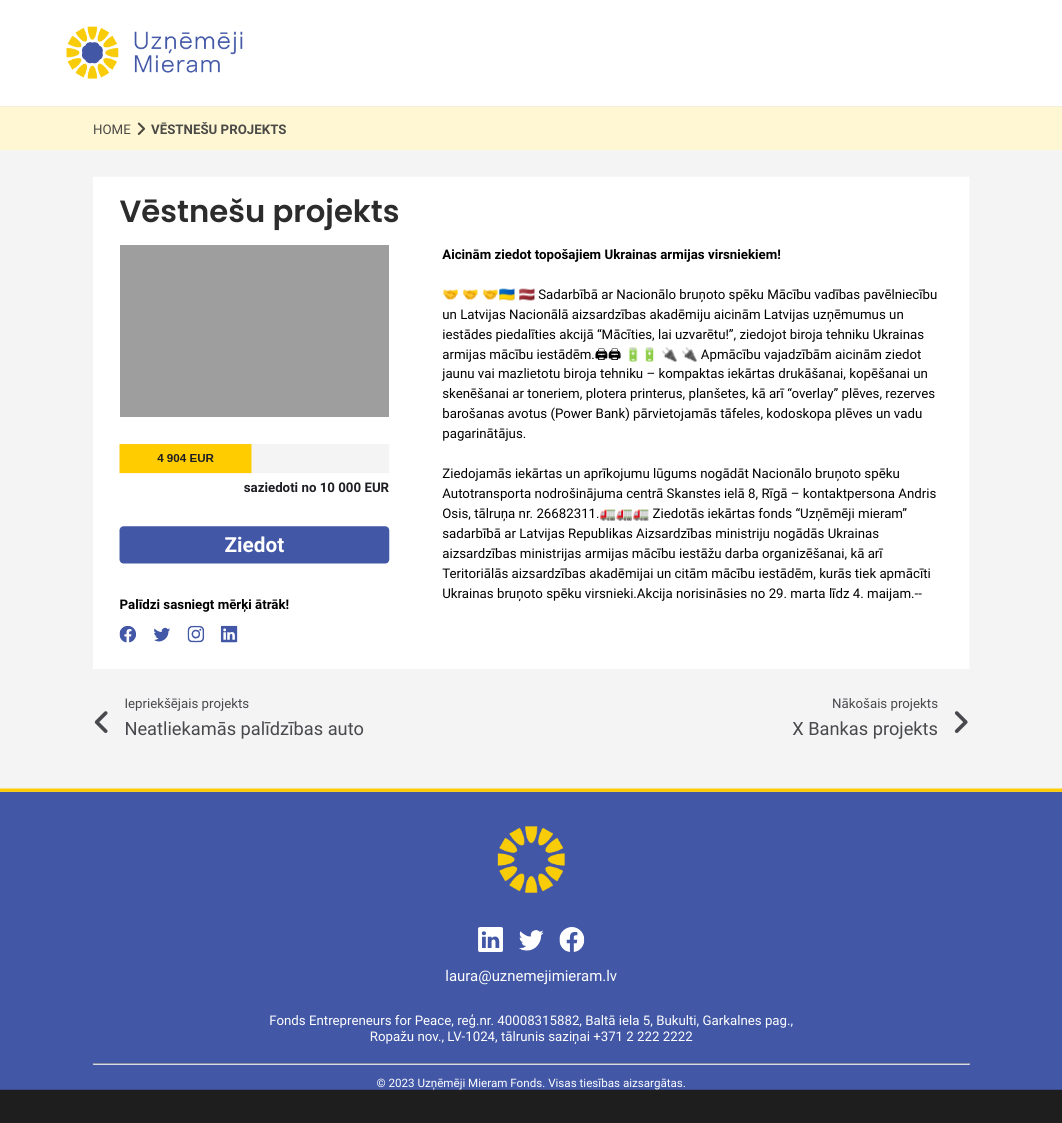
Repository: KatrinaPa/projekts11
Page: projekts-ambassadors.html
The author's editor kept a copy of each file at every save. The page is drawn from the files as they stood at one save, then again after the next save.
The browser window is 1280 px wide. The pictures show the whole page, at 83% of full size.
Pictures or frames that could not be fetched are drawn as grey boxes.

Above is the page before, as saved 2023-05-30 20:55:57.
Console error: TypeError: Cannot read properties of null (reading 'children')

### projekts-ambassadors.html
<!DOCTYPE html>
<html lang="en">

<head>
    <meta charset="UTF-8">
    <meta http-equiv="X-UA-Compatible" content="IE=edge">
    <meta name="viewport" content="width=device-width, initial-scale=1.0">
    <title>Vēstnešu projekts</title>
    <link rel="preconnect" href="https://fonts.googleapis.com">
    <link rel="preconnect" href="https://fonts.gstatic.com" crossorigin>
    <link href="https://fonts.googleapis.com/css2?family=Poppins:wght@300;400;500;600;700&display=swap"
        rel="stylesheet">
    <link rel="preconnect" href="https://fonts.googleapis.com">
    <link rel="preconnect" href="https://fonts.gstatic.com" crossorigin>
    <link href="https://fonts.googleapis.com/css2?family=Poppins:wght@300;400;500;600&display=swap" rel="stylesheet">
    <link rel="stylesheet" href="./assets/main.css" />
    <link rel="stylesheet" href="./assets/projekti.css" />
    <link rel="stylesheet" href="https://cdnjs.cloudflare.com/ajax/libs/font-awesome/6.2.0/css/all.min.css" />
    <script src="assets/main.js" defer></script>
</head>

<body>
    <div class="panel">
        <header class="header">
            <nav class="navbar">
                <a href="sakums.html" id="project-nav-home"><img src="assets/images/UM_logo.png" alt="uznemejiMieram"
                        id="logo"></a>
                <div class="navigation">
                    <ul class="nav-menu">
                        <li class="nav-item"><a href="sakums.html" class="nav-link">Sākums</a></li>
                        <li class="nav-item"><a href="donate_projects.html" class="nav-link">Ziedot</a></li>
                    </ul>
                    <div class="hamburger">
                        <span class="bar"></span>
                        <span class="bar"></span>
                        <span class="bar"></span>
                    </div>
                </div>
            </nav>
        </header>
        <main>
            <section id="wrapper_project" class="section_project">
                <div class="project-nav">
                    <a href="sakums.html" id="project-nav-home">HOME</a>
                    <button class="project-nav-next">
                        <i id="right" class="fa-solid fa-angle-right"></i>
                    </button>
                    <p>VĒSTNEŠU PROJEKTS</p>
                </div>
                <div class="carousel_project">
                    <h1>Vēstnešu projekts</h1>
                    <div class="wrapper_donate_project">
                        <div class="donate_project-left">
                            <img src="assets/images/img_20.jpg" alt="">
                            <div class="thMeter_raised">
                                <div class="thMeter-wrapper">
                                    <button id="thMeter-proj-ambassadors">4 904 EUR</button>
                                    <p>saziedoti no 10 000 EUR</p>
                                </div>
                            </div>

                            <div class="btn_ziedot-project">
                                <a href="donate_Ukr-private-onetime.html" class="ziedot-proj"
                                    id="ziedot-proj-ambassadors">Ziedot</a>
                            </div>
                            <div class="share">
                                <p>Palīdzi sasniegt mērķi ātrāk!</p>
                                <div>
                                    <svg xmlns="http://www.w3.org/2000/svg" width="20" height="20" fill="#4257A6"
                                        class="bi bi-facebook" viewBox="0 0 16 16">
                                        <path
                                            d="M16 8.049c0-4.446-3.582-8.05-8-8.05C3.58 0-.002 3.603-.002 8.05c0 4.017 2.926 7.347 6.75 7.951v-5.625h-2.03V8.05H6.75V6.275c0-2.017 1.195-3.131 3.022-3.131.876 0 1.791.157 1.791.157v1.98h-1.009c-.993 0-1.303.621-1.303 1.258v1.51h2.218l-.354 2.326H9.25V16c3.824-.604 6.75-3.934 6.75-7.951z" />
                                    </svg>
                                    <svg xmlns="http://www.w3.org/2000/svg" width="20" height="20" fill="#4257A6"
                                        class="bi bi-twitter" viewBox="0 0 16 16">
                                        <path
                                            d="M5.026 15c6.038 0 9.341-5.003 9.341-9.334 0-.14 0-.282-.006-.422A6.685 6.685 0 0 0 16 3.542a6.658 6.658 0 0 1-1.889.518 3.301 3.301 0 0 0 1.447-1.817 6.533 6.533 0 0 1-2.087.793A3.286 3.286 0 0 0 7.875 6.03a9.325 9.325 0 0 1-6.767-3.429 3.289 3.289 0 0 0 1.018 4.382A3.323 3.323 0 0 1 .64 6.575v.045a3.288 3.288 0 0 0 2.632 3.218 3.203 3.203 0 0 1-.865.115 3.23 3.23 0 0 1-.614-.057 3.283 3.283 0 0 0 3.067 2.277A6.588 6.588 0 0 1 .78 13.58a6.32 6.32 0 0 1-.78-.045A9.344 9.344 0 0 0 5.026 15z" />
                                    </svg>
                                    <svg xmlns="http://www.w3.org/2000/svg" width="20" height="20" fill="#4257A6"
                                        class="bi bi-instagram" viewBox="0 0 16 16">
                                        <path
                                            d="M8 0C5.829 0 5.556.01 4.703.048 3.85.088 3.269.222 2.76.42a3.917 3.917 0 0 0-1.417.923A3.927 3.927 0 0 0 .42 2.76C.222 3.268.087 3.85.048 4.7.01 5.555 0 5.827 0 8.001c0 2.172.01 2.444.048 3.297.04.852.174 1.433.372 1.942.205.526.478.972.923 1.417.444.445.89.719 1.416.923.51.198 1.09.333 1.942.372C5.555 15.99 5.827 16 8 16s2.444-.01 3.298-.048c.851-.04 1.434-.174 1.943-.372a3.916 3.916 0 0 0 1.416-.923c.445-.445.718-.891.923-1.417.197-.509.332-1.09.372-1.942C15.99 10.445 16 10.173 16 8s-.01-2.445-.048-3.299c-.04-.851-.175-1.433-.372-1.941a3.926 3.926 0 0 0-.923-1.417A3.911 3.911 0 0 0 13.24.42c-.51-.198-1.092-.333-1.943-.372C10.443.01 10.172 0 7.998 0h.003zm-.717 1.442h.718c2.136 0 2.389.007 3.232.046.78.035 1.204.166 1.486.275.373.145.64.319.92.599.28.28.453.546.598.92.11.281.24.705.275 1.485.039.843.047 1.096.047 3.231s-.008 2.389-.047 3.232c-.035.78-.166 1.203-.275 1.485a2.47 2.47 0 0 1-.599.919c-.28.28-.546.453-.92.598-.28.11-.704.24-1.485.276-.843.038-1.096.047-3.232.047s-2.39-.009-3.233-.047c-.78-.036-1.203-.166-1.485-.276a2.478 2.478 0 0 1-.92-.598 2.48 2.48 0 0 1-.6-.92c-.109-.281-.24-.705-.275-1.485-.038-.843-.046-1.096-.046-3.233 0-2.136.008-2.388.046-3.231.036-.78.166-1.204.276-1.486.145-.373.319-.64.599-.92.28-.28.546-.453.92-.598.282-.11.705-.24 1.485-.276.738-.034 1.024-.044 2.515-.045v.002zm4.988 1.328a.96.96 0 1 0 0 1.92.96.96 0 0 0 0-1.92zm-4.27 1.122a4.109 4.109 0 1 0 0 8.217 4.109 4.109 0 0 0 0-8.217zm0 1.441a2.667 2.667 0 1 1 0 5.334 2.667 2.667 0 0 1 0-5.334z" />
                                    </svg>
                                    <svg xmlns="http://www.w3.org/2000/svg" width="20" height="20" fill="#4257A6"
                                        class="bi bi-linkedin" viewBox="0 0 16 16">
                                        <path
                                            d="M0 1.146C0 .513.526 0 1.175 0h13.65C15.474 0 16 .513 16 1.146v13.708c0 .633-.526 1.146-1.175 1.146H1.175C.526 16 0 15.487 0 14.854V1.146zm4.943 12.248V6.169H2.542v7.225h2.401zm-1.2-8.212c.837 0 1.358-.554 1.358-1.248-.015-.709-.52-1.248-1.342-1.248-.822 0-1.359.54-1.359 1.248 0 .694.521 1.248 1.327 1.248h.016zm4.908 8.212V9.359c0-.216.016-.432.08-.586.173-.431.568-.878 1.232-.878.869 0 1.216.662 1.216 1.634v3.865h2.401V9.25c0-2.22-1.184-3.252-2.764-3.252-1.274 0-1.845.7-2.165 1.193v.025h-.016a5.54 5.54 0 0 1 .016-.025V6.169h-2.4c.03.678 0 7.225 0 7.225h2.4z" />
                                    </svg>
                                </div>
                            </div>
                        </div>
                        <div class="donate_project-right">
                            <button class="wrapper_btn-up top">
                                <i id="up" class="fa-solid fa-angle-up"></i>
                            </button>
                            <p><strong>Aicinām ziedot topošajiem Ukrainas armijas virsniekiem!</strong>
                                <br><br>
                                🤝 🤝 🤝🇺🇦 🇱🇻 Sadarbībā ar Nacionālo bruņoto spēku Mācību vadības
                                pavēlniecību un Latvijas Nacionālā aizsardzības akadēmiju aicinām
                                Latvijas
                                uzņēmumus un iestādes piedalīties akcijā “Mācīties, lai uzvarētu!”,
                                ziedojot
                                biroja tehniku Ukrainas armijas mācību iestādēm.🖨🖨 🔋🔋 🔌 🔌 Apmācību
                                vajadzībām aicinām ziedot jaunu vai mazlietotu biroja tehniku –
                                kompaktas
                                iekārtas drukāšanai, kopēšanai un skenēšanai ar toneriem, plotera
                                printerus,
                                planšetes, kā arī “overlay” plēves, rezerves barošanas avotus (Power
                                Bank)
                                pārvietojamās tāfeles, kodoskopa plēves un vadu pagarinātājus. <br><br>

                                Ziedojamās iekārtas un aprīkojumu lūgums nogādāt Nacionālo bruņoto spēku
                                Autotransporta nodrošinājuma centrā Skanstes ielā 8, Rīgā –
                                kontaktpersona
                                Andris Osis, tālruņa nr. 26682311.🚛🚛🚛 Ziedotās iekārtas fonds
                                “Uzņēmēji
                                mieram” sadarbībā ar Latvijas Republikas Aizsardzības ministriju nogādās
                                Ukrainas aizsardzības ministrijas armijas mācību iestāžu darba
                                organizēšanai, kā arī Teritoriālās aizsardzības akadēmijai un citām
                                mācību
                                iestādēm, kurās tiek apmācīti Ukrainas bruņoto spēku virsnieki.Akcija
                                norisināsies no 29. marta līdz 4. maijam.--
                            </p>
                            <button class="wrapper_btn-up bottom">
                                <i id="up" class="fa-solid fa-angle-up"></i>
                            </button>
                        </div>
                    </div>
                </div>
                <div class="to-project">
                    <div class="previous">
                        <button class="carousel_proj_btn carousel_proj_btn-left">
                            <i id="left" class="fa-solid fa-angle-left"></i>
                        </button>
                        <div>
                            <p>Iepriekšējais projekts</p>
                            <a href="projekts-ambulances.html" id="project-nav-ambulances">Neatliekamās palīdzības
                                auto</a>
                        </div>
                    </div>
                    <div class="next">
                        <div>
                            <p>Nākošais projekts</p>
                            <a href="projekts-xbank.html" id="project-nav-xbanka">X Bankas projekts</a>
                        </div>
                        <button class="carousel_proj_btn carousel_proj_btn-right">
                            <i id="right" class="fa-solid fa-angle-right"></i>
                        </button>
                    </div>
                </div>
                <div class="yellow-bottom"></div>
            </section>
        </main>
    </div>
    <footer>
        <div class="about">
            <img src="assets/images/UM_simbols.png" alt="uznemejiMieram">
            <div class="social">
                <svg xmlns="http://www.w3.org/2000/svg" width="30" height="30" fill="#ffffff" class="bi bi-linkedin"
                    viewBox="0 0 16 16">
                    <path
                        d="M0 1.146C0 .513.526 0 1.175 0h13.65C15.474 0 16 .513 16 1.146v13.708c0 .633-.526 1.146-1.175 1.146H1.175C.526 16 0 15.487 0 14.854V1.146zm4.943 12.248V6.169H2.542v7.225h2.401zm-1.2-8.212c.837 0 1.358-.554 1.358-1.248-.015-.709-.52-1.248-1.342-1.248-.822 0-1.359.54-1.359 1.248 0 .694.521 1.248 1.327 1.248h.016zm4.908 8.212V9.359c0-.216.016-.432.08-.586.173-.431.568-.878 1.232-.878.869 0 1.216.662 1.216 1.634v3.865h2.401V9.25c0-2.22-1.184-3.252-2.764-3.252-1.274 0-1.845.7-2.165 1.193v.025h-.016a5.54 5.54 0 0 1 .016-.025V6.169h-2.4c.03.678 0 7.225 0 7.225h2.4z" />
                </svg>
                <svg xmlns="http://www.w3.org/2000/svg" width="30" height="30" fill="#ffffff" class="bi bi-twitter"
                    viewBox="0 0 16 16">
                    <path
                        d="M5.026 15c6.038 0 9.341-5.003 9.341-9.334 0-.14 0-.282-.006-.422A6.685 6.685 0 0 0 16 3.542a6.658 6.658 0 0 1-1.889.518 3.301 3.301 0 0 0 1.447-1.817 6.533 6.533 0 0 1-2.087.793A3.286 3.286 0 0 0 7.875 6.03a9.325 9.325 0 0 1-6.767-3.429 3.289 3.289 0 0 0 1.018 4.382A3.323 3.323 0 0 1 .64 6.575v.045a3.288 3.288 0 0 0 2.632 3.218 3.203 3.203 0 0 1-.865.115 3.23 3.23 0 0 1-.614-.057 3.283 3.283 0 0 0 3.067 2.277A6.588 6.588 0 0 1 .78 13.58a6.32 6.32 0 0 1-.78-.045A9.344 9.344 0 0 0 5.026 15z" />
                </svg>
                <svg xmlns="http://www.w3.org/2000/svg" width="30" height="30" fill="#ffffff" class="bi bi-facebook"
                    viewBox="0 0 16 16">
                    <path
                        d="M16 8.049c0-4.446-3.582-8.05-8-8.05C3.58 0-.002 3.603-.002 8.05c0 4.017 2.926 7.347 6.75 7.951v-5.625h-2.03V8.05H6.75V6.275c0-2.017 1.195-3.131 3.022-3.131.876 0 1.791.157 1.791.157v1.98h-1.009c-.993 0-1.303.621-1.303 1.258v1.51h2.218l-.354 2.326H9.25V16c3.824-.604 6.75-3.934 6.75-7.951z" />
                </svg>
            </div>
            <div class="contacts">
                <p>laura@uznemejimieram.lv</p>
                <p>Fonds Entrepreneurs for Peace, reģ.nr. 40008315882, Baltā iela 5, Bukulti, Garkalnes pag., Ropažu
                    nov., LV-1024, tālrunis saziņai +371 2 222 2222</p>
            </div>
        </div>
        <div class="copy">
            <hr>
            <p>© 2023 Uzņēmēji Mieram Fonds. Visas tiesības aizsargātas.</p>
        </div>
    </footer>
    </div>

</body>

</html>

### assets/projekti.css
#wrapper_project {
    background-color: #f4f4f4;
    font-family: 'Roboto';
}

.section_project {}

h1 {
    font-size: 37px;
    line-height: 50px;
}

.project-nav {
    display: flex;
    flex-direction: row;
    padding: 1.1rem 7rem 0 7rem;
    background-color: #fff7d4;
    /* background: RGB(255, 204, 0, 0.3);*/
}

.project-nav a {
    text-decoration: none;
    color: #1E1F24;
    font-size: 16px;
    font-weight: 400;
    opacity: 80%;
}

.project-nav a:hover {
    font-weight: 600;
    cursor: pointer;
    opacity: 100%;
}

.project-nav p {
    text-decoration: none;
    color: #1E1F24;
    font-size: 16px;
    font-weight: 600;
    margin-block-start: 0;
    opacity: 80%;
}

.project-nav-next {
    margin-top: -15px;
    border: 0;
    background: transparent;
    cursor: pointer;
}

.project-nav-next i {
    font-size: 20px;
    opacity: 70%;
}

.carousel_project {
    position: relative;
    background-color: #ffffff;
    margin: 2rem 7rem 2rem 7rem;
}

.carousel_proj_btn {
    margin-top: -1rem;
    padding: 0;
    border: 0;
    background: transparent;
    cursor: pointer;
}

.carousel_proj_btn i {
    font-size: 35px;
    color: #1E1F24;
}

.donate_project-left img {
    width: 100%;
    height: 13rem;
    object-fit: cover;
}

.wrapper_donate_project {
    display: flex;
    flex-direction: row;
    transition: transform 0ms ease-in;
}

.carousel_project h1 {
    padding: 1rem 0 1rem 2rem;
}

.donate_project-left {
    display: flex;
    flex-direction: column;
    width: 35%;
    margin: 0 0 2rem 2rem;
}

.donate_project-right {
    width: 65%;
    height: 100%;
    margin: 0rem 2rem 2rem 4rem;
    margin-block-start: 0;
}

.donate_project-right p {
    margin-block-start: 0;
    line-height: 24px;
    font-size: 16px;
}

.wrapper_project_donate i {
    position: absolute;
    cursor: pointer;
    font-size: 20px;
    color: rgba(0, 0, 0, 0.7);
}

.wrapper_btn-up {
    border-style: none;
    background: none;
    order: 2;
    grid-column: 1/-1;
    display: flex;
    justify-content: flex-end;
}

.wrapper_project_donate p {
    margin: 0;
    grid-column: 1/-1;
}

.thMeter-wrapper {
    width: 100%;
    background-color: #f4f4f4;
}

#thMeter-proj-support,
#thMeter-proj-cars,
#thMeter-proj-drones,
#thMeter-proj-npa,
#thMeter-proj-ambassadors,
#thMeter-proj-xbank {
    background-color: #ffcc00;
    color: #1E1F24;
    font-size: 14px;
}

.thMeter_raised p {
    text-align: right;
    color: #1E1F24;
}

.btn_ziedot-project {
    margin-top: 4rem;
}

.share {
    font-size: 16px;
    font-weight: 600;
    margin-top: 1.5rem;
}

.share div {
    display: flex;
    gap: 1.3rem;
}

.to-project {
    display: flex;
    flex-direction: row;
    justify-content: space-between;
    height: 5rem;
    font-size: 16px;
    color: #1E1F24;
    opacity: 80%;
    margin: 2rem 7rem 2rem 7rem;
}

.previous {
    display: flex;
    flex-direction: row;
}

.previous div {
    margin-left: 1rem;
}

.previous p,
.next p {
    margin-block-end: 0.5rem;
    margin-block-start: 0;
}

#project-nav-xbanka,
#project-nav-cars,
#project-nav-ambulances,
#project-nav-donate,
#project-nav-drones,
#project-nav-ambassadors {
    color: #1E1F24;
    font-size: 22px;
    text-decoration: none;
    font-weight: 400;
}

#project-nav-xbanka:hover,
#project-nav-cars:hover,
#project-nav-ambulances:hover,
#project-nav-donate:hover,
#project-nav-drones:hover,
#project-nav-ambassadors:hover {
    font-weight: 600;
}

.next {
    display: flex;
    flex-direction: row;
}

.next div {
    margin-right: 1rem;
    display: flex;
    flex-direction: column;
    align-items: flex-end;
    text-align: right;
}

.yellow-bottom {
    height: 0.25rem;
    background-color: #ffcc00;
}

@media (min-width: 1280px) {

    .wrapper_thMeter_img {
        width: 32%;
        height: 30rem;
    }

    .wrapper_project_donate {
        width: 68%;
    }
}

@media screen and (max-width: 1279px) {

    .section_project {
        padding: 0;
        margin: 0;
    }

    .project-nav {
        padding: 1.1rem 2rem 0 5rem;
    }

    .wrapper_donate_project {
        display: flex;
        flex-direction: row;
    }

    .donate_project-right {
        margin: 0rem 2rem 2rem 2rem;
    }

    .carousel_project {
        margin: 0px 5rem;
    }

    .carousel_proj_btn i {
        font-size: 33px;
    }

    .wrapper_thMeter_img {
        margin: 0.5rem 2rem 0.5rem 2rem;
    }

    .wrapper_thMeter_img img {
        width: 50%;
        height: 10rem;
    }

    .wrapper_project_donate {
        margin: 0.5rem 2rem 2rem 2rem;
    }

    .wrapper_project_donate p {
        padding-bottom: 2rem;
    }

    .thMeter-btn {
        width: 19rem;
    }

    #share {
        font-size: 18px;
    }

    .thMeter-btn {
        width: 16rem;
    }

    .to-project {
        margin: 2rem;
    }
}

@media screen and (min-width: 701px) {
    .wrapper_btn-up {
        display: none;
    }
}

@media screen and (max-width: 700px) {
    .panel {
        max-width: 480px;
    }

    #wrapper_project {}

    .section_project {
        padding-bottom: 0;
    }

    .project-nav {
        padding: 1.1rem 2rem 0 2rem;
    }

    .carousel_project {
        margin: 0;
        padding: 2rem;
    }

    .carousel_project h1 {
        padding: 1rem 0;
        font-size: 47px;
        line-height: 52px;
    }

    .wrapper_donate_project {
        display: flex;
        flex-direction: column;
    }

    .donate_project-left,
    .donate_project-right {
        width: 100%;
        margin: 0;
    }

    .donate_project-right {
        margin-top: 0.5rem;
    }

    .btn_ziedot-project {
        margin-top: 3rem;
    }

    .share {
        display: flex;
        flex-direction: row-reverse;
        justify-content: center;
        align-items: center;
        gap: 1rem;
    }

    .wrapper_thMeter_img {
        padding: 0;
    }

    .wrapper_thMeter_img p {
        display: none;
    }

    .wrapper_donate_project h1 {
        font-size: 24px;
        padding: 2rem 0 0 3rem;
    }

    .wrapper_project_donate {
        padding: 0;
        display: grid;
        grid-gap: 0.5rem;
        margin: 0.5rem 2rem 1rem 2rem
    }

    .wrapper_project_donate i {
        font-size: 22px;
        color: rgba(0, 0, 0, 0.5);
    }

    .wrapper_thMeter_img img {
        width: 100%;
        height: 15rem;
    }

    #thMeter {
        width: 100%;
        margin: 0.3rem 0 0.7rem 0;
    }

    .thMeter-btn {
        width: 22rem;
    }

    .wrapper_btn-up.top {
        margin: 1rem 0;
    }

    .wrapper_btn-up.bottom {
        margin: 1rem 0;
    }

    .wrapper_project_donate p {
        order: 3;
        padding: 1rem 0;
    }

    .to-project {
        margin: 1rem 0 2rem 0;
    }

}

Loaded but not shown: assets/main.js (97 lines, source omitted); assets/main.css (1929 lines, source omitted)

After the next save:
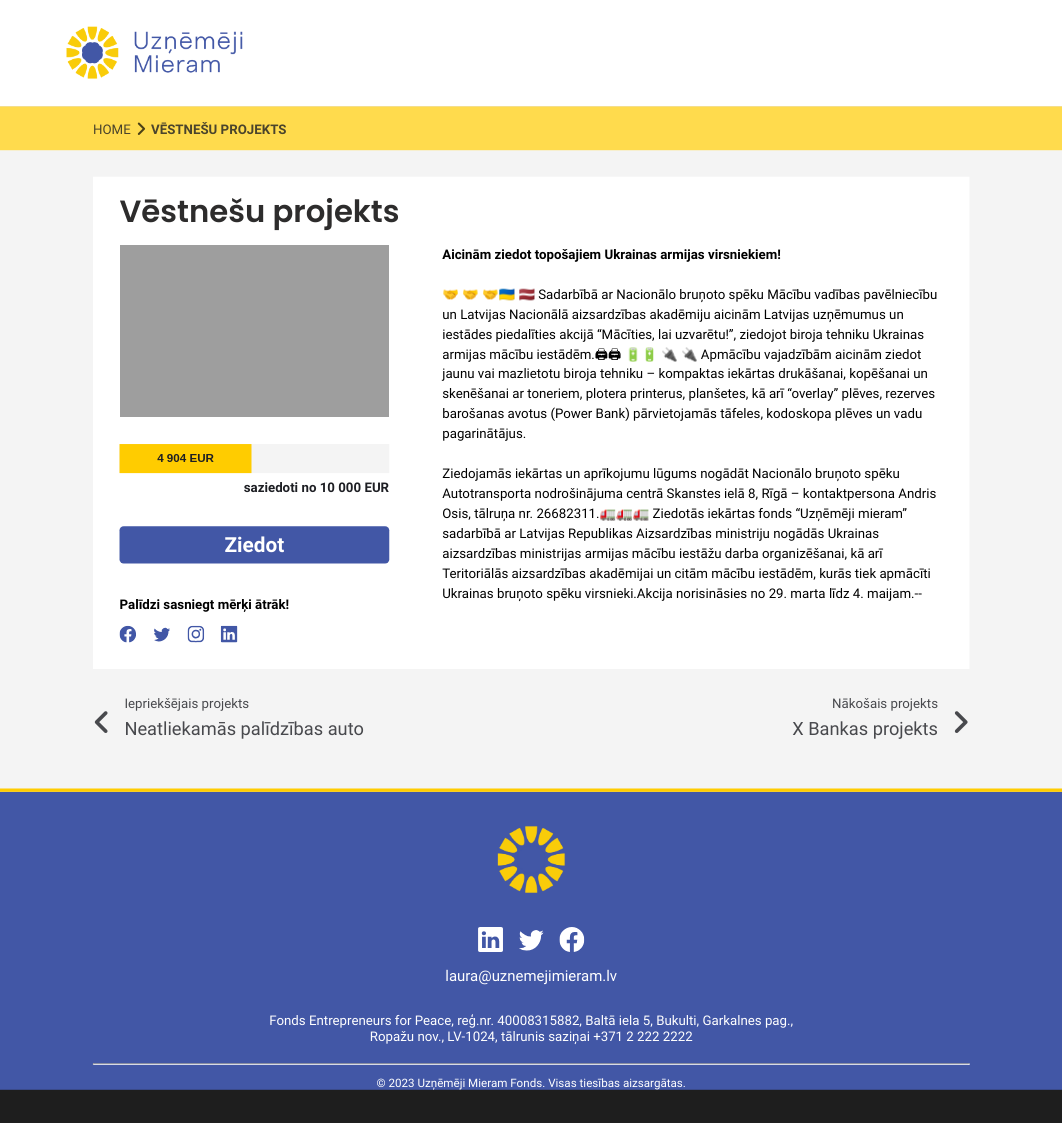
Saved 2 min 32 s later.
--- a/assets/projekti.css
+++ b/assets/projekti.css
@@ -14,8 +14,7 @@ h1 {
     display: flex;
     flex-direction: row;
     padding: 1.1rem 7rem 0 7rem;
-    background-color: #fff7d4;
-    /* background: RGB(255, 204, 0, 0.3);*/
+    background-color: #FFDB4D;
 }
 
 .project-nav a {
